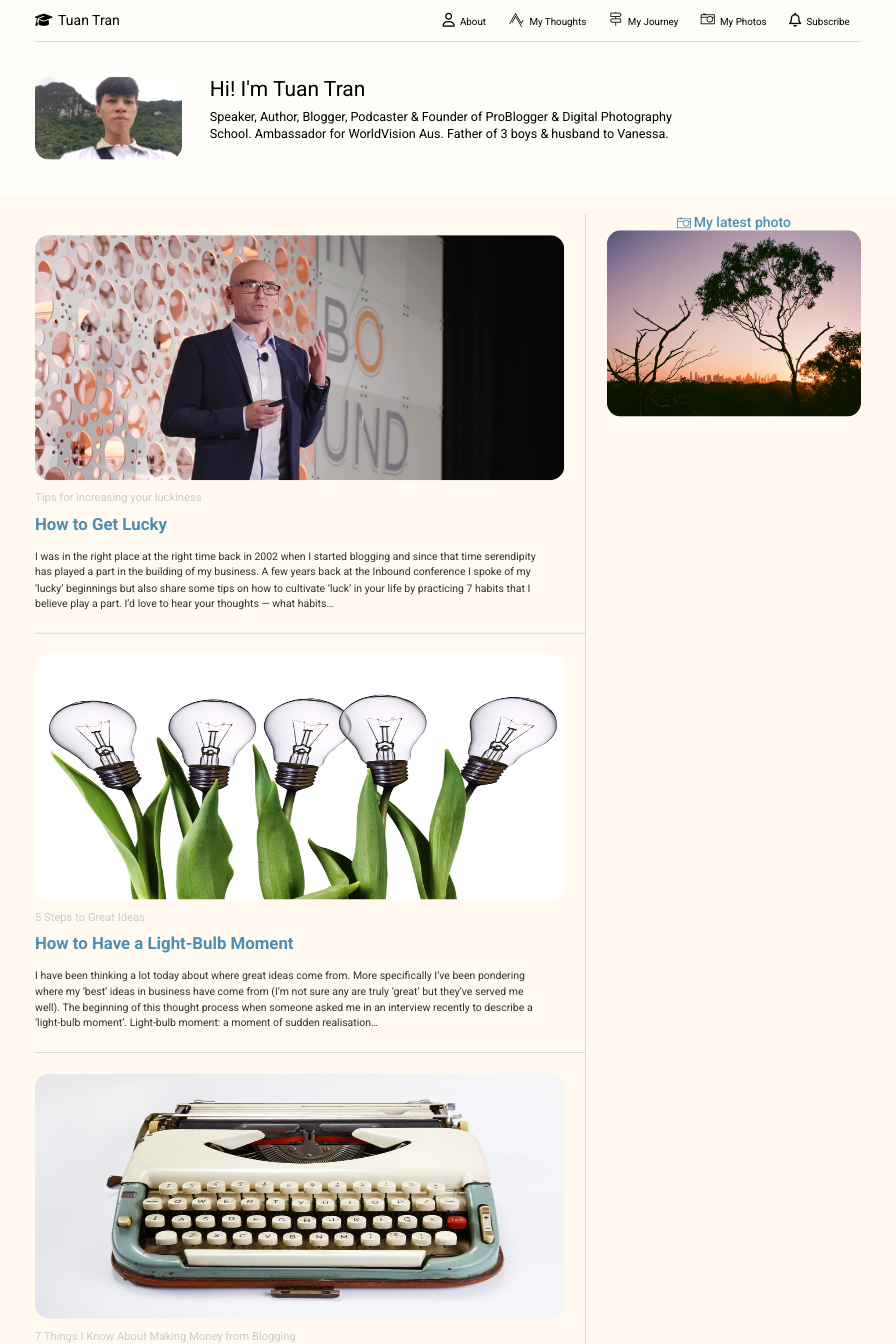
Repository: TranDinhTuann/Blog-Demo
Page: index.html
The author's editor kept a copy of each file at every save. The page is drawn from the files as they stood at one save, then again after the next save.
The browser window is 1280 px wide. The pictures show the part of the page from y = 0 to 1920 px (the page is 2860 px tall), at 70% of full size.

Above is the page before, as saved 2023-03-22 21:17:44.

### index.html
<!DOCTYPE html>
<html lang="en">
<head>
    <meta charset="UTF-8">
    <meta http-equiv="X-UA-Compatible" content="IE=edge">
    <meta name="viewport" content="width=device-width, initial-scale=1.0">
    <title>Blog của Tuấn</title>
    <link rel="stylesheet" href="./assets/css/base.css">
    <link rel="stylesheet" href="./assets/css/main.css">
    <link rel="stylesheet" href="https://cdnjs.cloudflare.com/ajax/libs/normalize/8.0.1/normalize.min.css">
    <link rel="stylesheet" href="./assets/fonts/fontawesome-free-6.2.1-web/css/all.min.css">
    <link rel="stylesheet" href="./assets/fonts/themify-icons/themify-icons.css">
    <link rel="preconnect" href="https://fonts.googleapis.com"><link rel="preconnect" href="https://fonts.gstatic.com" crossorigin><link href="https://fonts.googleapis.com/css2?family=Roboto:wght@300;400;500;700&display=swap" rel="stylesheet">
</head>
<body>
    <div class="app">
        <div class="header">
            <nav class="navbar">
                <a class="navbar__head">
                    <i class="navbar__head-icon fa-solid fa-graduation-cap"></i>
                    <div class="navbar__name">Tuan Tran</div>
                </a>

                <ul class="navbar__list">
                    <li class="navbar__list-item">
                        <a href="" class="navbar__list-item-link">
                            <i class="navbar__list-item-icon fa-regular fa-user"></i>
                            <span class="navbar__list-item-text">About</span>
                        </a>
                    </li>
                    <li class="navbar__list-item">
                        <a href="" class="navbar__list-item-link">
                            <i class="navbar__list-item-icon fa-brands fa-think-peaks"></i>
                            <span class="navbar__list-item-text">My Thoughts</span>
                        </a>
                    </li>
                    <li class="navbar__list-item">
                        <a href="" class="navbar__list-item-link">
                            <i class="navbar__list-item-icon ti-direction-alt"></i>
                            <span class="navbar__list-item-text">My Journey</span>
                        </a>
                    </li>
                    <li class="navbar__list-item">
                        <a href="" class="navbar__list-item-link">
                            <i class="navbar__list-item-icon ti-camera"></i>
                            <span class="navbar__list-item-text">My Photos</span>
                        </a>
                    </li>
                    <li class="navbar__list-item">
                        <a href="" class="navbar__list-item-link">
                            <i class="navbar__list-item-icon fa-regular fa-bell"></i>
                            <span class="navbar__list-item-text">Subscribe</span>
                        </a>
                    </li>
                </ul>
            </nav>

            <div class="intro">
                <div class="intro__img">
                    <img src="./assets/img/logo.JPG" alt="" class="intro__img-image">
                </div>
                <div class="intro__text">
                    <div class="intro__head">Hi! I'm Tuan Tran </div>
                    <div class="intro__des">Speaker, Author, Blogger, Podcaster & Founder of ProBlogger & Digital Photography School. Ambassador for WorldVision Aus. Father of 3 boys & husband to Vanessa.</div>
                </div>
            </div>
        </div>

        <div class="grid">
            <div class="grid1">
                <div class="content">
                    <div class="columns">
                        <div class="img-human">
                            <img class="img-ong" src="./assets/img/slider/human1.png" alt="">
                        </div>
                        <div class="column-text">
                            <p class="des">Tips for increasing your luckiness</p>
                            <div class="heading">How to Get Lucky</div>
                            <div class="sub-heading">I was in the right place at the right time back in 2002 when I started blogging and since that time serendipity has played a part in the building of my business. A few years back at the Inbound conference I spoke of my ‘lucky’ beginnings but also share some tips on how to cultivate ‘luck’ in your life by practicing 7 habits that I believe play a part. I’d love to hear your thoughts — what habits…</div>
                        </div>
                    </div>
                    <div class="columns">
                        <div class="img-human">
                            <img class="img-ong" src="./assets/img/slider/human2.jpg" alt="">
                        </div>
                        <div class="column-text">
                            <p class="des">5 Steps to Great Ideas</p>
                            <div class="heading">How to Have a Light-Bulb Moment</div>
                            <div class="sub-heading">I have been thinking a lot today about where great ideas come from. More specifically I’ve been pondering where my ‘best’ ideas in business have come from (I’m not sure any are truly ‘great’ but they’ve served me well). The beginning of this thought process when someone asked me in an interview recently to describe a ‘light-bulb moment’. Light-bulb moment: a moment of sudden realisation…</div>
                        </div>
                    </div>
                    <div class="columns">
                        <div class="img-human">
                            <img class="img-ong" src="./assets/img/slider/human3.jpg" alt="">
                        </div>
                        <div class="column-text">
                            <p class="des">7 Things I Know About Making Money from Blogging</p>
                            <div class="heading">Can You REALLY Make Money Blogging?</div>
                            <div class="sub-heading">Can You REALLY Make Money Blogging? 7 Things I Know About Making Money from Blogging Every now and again I am pulled aside at a conference or am emailed and/or tweeted by someone wanting to get the “real” scoop on whether it is possible to make money blogging. Is it really possible to make a living from blogging? Is it just a small number of people making money from blogging? Is it only really…</div>
                        </div>
                    </div>
                    <div class="columns no--border">
                        <div class="img-human">
                            <img class="img-ong" src="./assets/img/slider/human4.png" alt="">
                        </div>
                        <div class="column-text">
                            <p class="des">Writing tips from a professional blogger</p>
                            <div class="heading">20 Quick Tips on Writing Great Blog Posts</div>
                            <div class="sub-heading">Tell your story — it is what makes your content unique Share how you feel — it will take your readers to a deeper place You’ll never please everyone — the sooner you come to peace with this, the better Write about things that matter to you — passion is infectious Inform, Inspire and Interact — aim to do these things every week! Experiment with different styles of writing — it will help you find…</div>
                        </div>
                    </div>
                    <div class="btn-content">
                        <button class="btn-thought">
                            <i class="navbar__list-item-icon fa-brands fa-think-peaks"></i>
                            <span class="my-thoughts">Browser My Thoughts</span>
                        </button>
                    </div>
                </div>

                <div class="sitebar">
                    <div class="row">
                        <div class="row-head">
                            <i class="navbar__list-item-icon ti-camera"></i>
                            <div class="row-heading">My latest photo</div>
                        </div>
                        <div class="row-img">
                            <img src="./assets/img/slider/nature1.jpg" alt="" class="img-nature">
                        </div>
                    </div>

                    <div class="row">

                    </div>
                </div>
            </div>
        </div>

        <footer class="footer">

        </footer>
    </div>
</body>
</html>

### assets/css/base.css
:root {
    --white-color: #fff;
    --black-color: #000;
    --text-color: #333;
    --primary-color: #fff9ef;
    --header-primary-color: rgb(255, 253, 249);
}

* {
    box-sizing: inherit;
}

html {
    /* hack */
    font-size: 62.5%;
    line-height: 1.6rem;
    font-family: 'Roboto', sans-serif;
    box-sizing: border-box;
}

@keyframes fadeIn {
    from{
        opacity: 0;
    }
    to{
        opacity: 1;
    }
}

@keyframes growth {
    from{
        transform: calc(0);
    }
    to{
        transform: calc(1);
    }
}

img{
    width: 100%;
    border-radius: 20px;
}
.img-ong{
    height: 350px;
    display: block;
}
.img-human{
    margin-right: 30px;
    height: 350px;
    display: block;
}
a{
    display: block;
    cursor: pointer;
}

### assets/css/main.css
.app{
    height: 1000px;
    background-color: rgb(255, 253, 249);
}

.header{
    height: 280px;
    margin: 0 50px;
}

.navbar{
    height: 60px;
    border-bottom: 1px solid #ccc;
    display: flex;
    align-items: center;
    justify-content: space-between;
}

.navbar__head-icon {
    font-size: 2rem;
    margin-right: 8px;
}

.navbar__name {
    font-size: 2rem;

}

.navbar__head {
    display: flex;
}

.navbar__head:hover {
    cursor: pointer;
    opacity: 0.5;
}

.navbar__list {
    display: flex;
    list-style: none;
    font-size: 1.4rem;
}

.navbar__list-item {
    padding: 0 16px;
    line-height: 60px;
}

.navbar__list-item:hover {
    cursor: pointer;
    opacity: 0.5;
}

.navbar__list-item-link {
    color: #000;
    text-decoration: none;
}

.navbar__list-item-icon{
    font-size: 2rem;
    padding-right: 4px;
}


.intro {
    display: flex;
    margin-top: 50px;
}

.intro__img {
    width: 30%;
    height: 50px;
}

.intro__img-image {
    width: 100%;
    background-size:cover;
}

.intro__text{
    padding-left: 40px;
}

.intro__head {
    font-size: 3rem;
}

.intro__des {
    font-size: 1.8rem;
    padding: 10px 250px 0 0;
    line-height: 2.4rem;
}


/* Grid */
.grid {
    background-color: rgb(255, 249, 239);
    /* height: 6000px; */
    /* display: flex; */
}
.grid1  {
    margin: 0 50px;
    display: flex;
    padding-top: 26px;
}
.content {
    border-right: 1px solid #ccc;
    /* height: 600px; */
    flex: 2;
}
.columns {
    padding: 30px 0;
    border-bottom: 1px solid #ccc;
    cursor: pointer;
}
.columns.no--border{
    border: none;
}
.sitebar {
    flex: 1;
}

.column-text{
    padding: 0 50px 0 0;
}
.des{
    font-size: 16px;
    color: #ccc;
}
.heading {
    font-size: 24px;
    font-weight: 700;
    color: #4c8eb3;
}
.sub-heading {
    color: #333333;
    font-size: 15px;
    padding-top: 20px;
    line-height: 1.5;
}
.btn-content{
    display: flex;
    align-items: center;
    justify-content: center;
    color: #000;
    padding: 30px 0;
}
.btn-thought {
    padding: 14px 20px;
    display: block;
    background-color: rgb(241, 202, 130);
    outline: none;
    border: none;
    border-radius: 10px;
}
.btn-thought:hover{
    background-color:  rgba(241, 202, 130, 0.6);
}
.my-thoughts{
    font-size: 16px;
}

/* sitebar */
.row{
    margin-left: 30px;
}
.row-head {
    display: flex;
    align-items: center;
    justify-content: center;
    color: #4c8eb3;
}
.row-icon{
    font-size: 40px;
}
.row-heading{
    font-size: 20px;
    font-weight: 500;
}



/* footer */
.footer{
    height: 50px;
}

Loaded but not shown: assets/fonts/fontawesome-free-6.2.1-web/css/all.min.css (library); assets/fonts/themify-icons/themify-icons.css (common file)

After the next save:
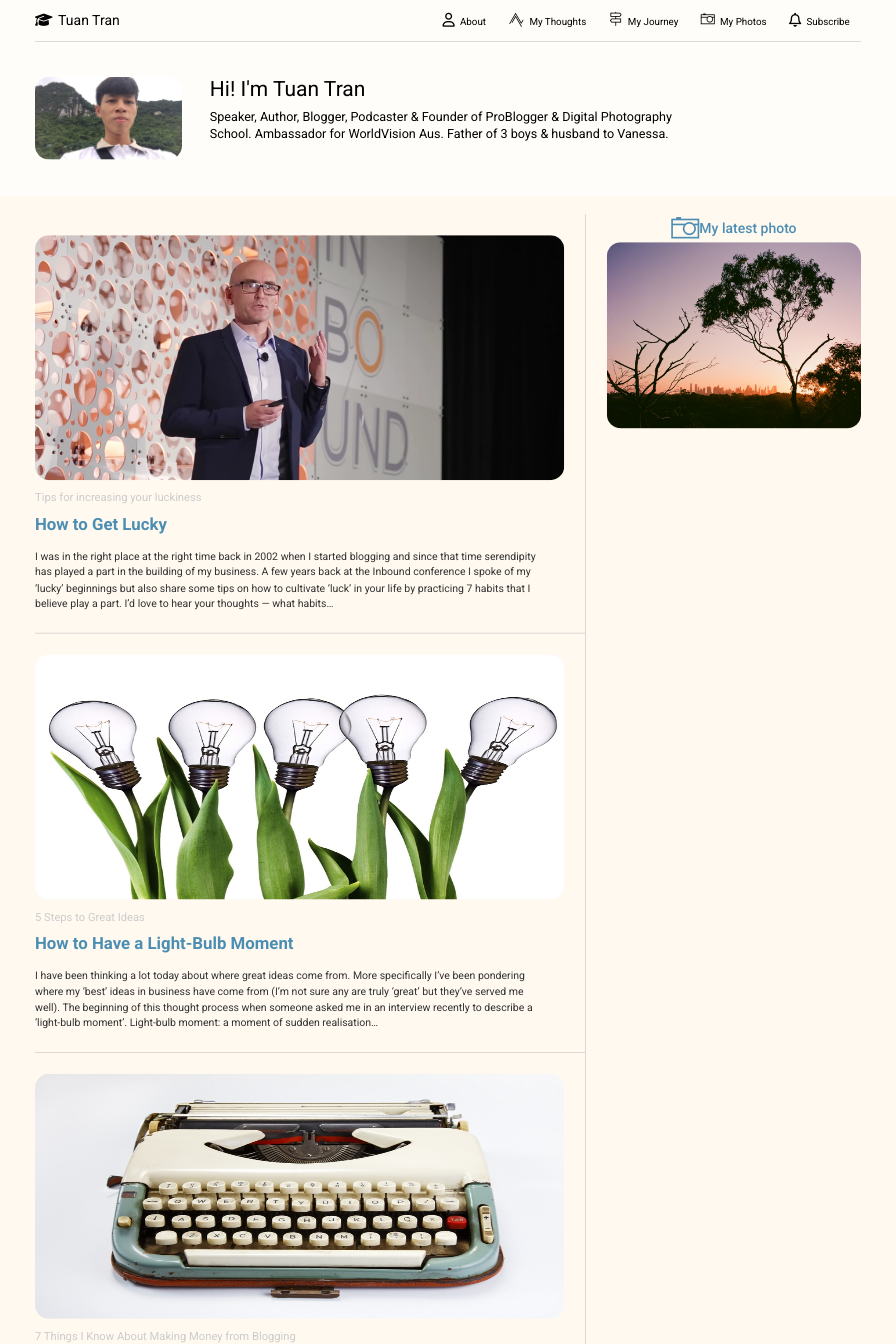
Saved 17 s later.
--- a/index.html
+++ b/index.html
@@ -120,7 +120,7 @@
                 <div class="sitebar">
                     <div class="row">
                         <div class="row-head">
-                            <i class="navbar__list-item-icon ti-camera"></i>
+                            <i class="row-icon ti-camera"></i>
                             <div class="row-heading">My latest photo</div>
                         </div>
                         <div class="row-img">

After the save that followed:
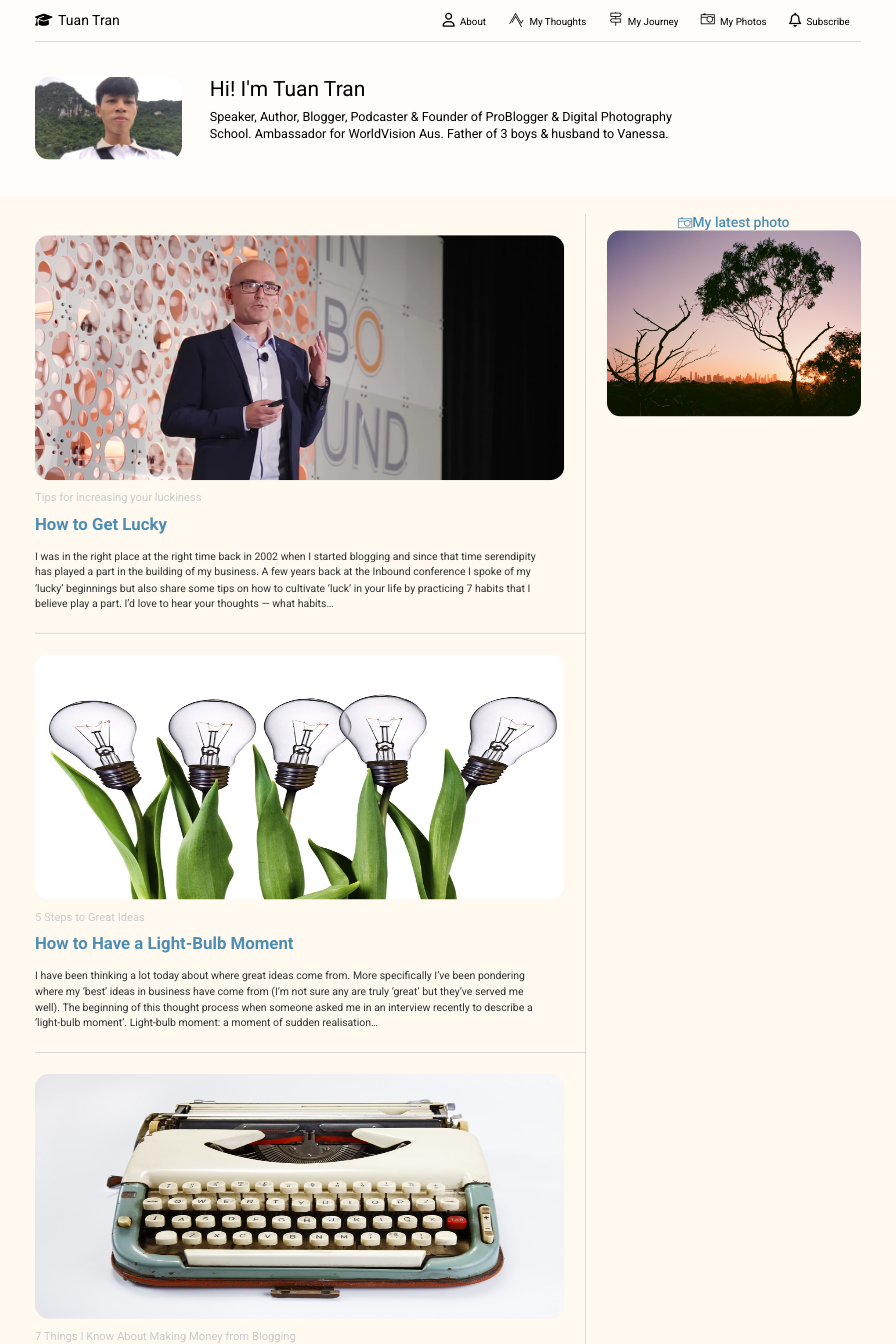
Saved 6 s later.
--- a/assets/css/main.css
+++ b/assets/css/main.css
@@ -171,7 +171,7 @@
     color: #4c8eb3;
 }
 .row-icon{
-    font-size: 40px;
+    font-size: 20px;
 }
 .row-heading{
     font-size: 20px;
